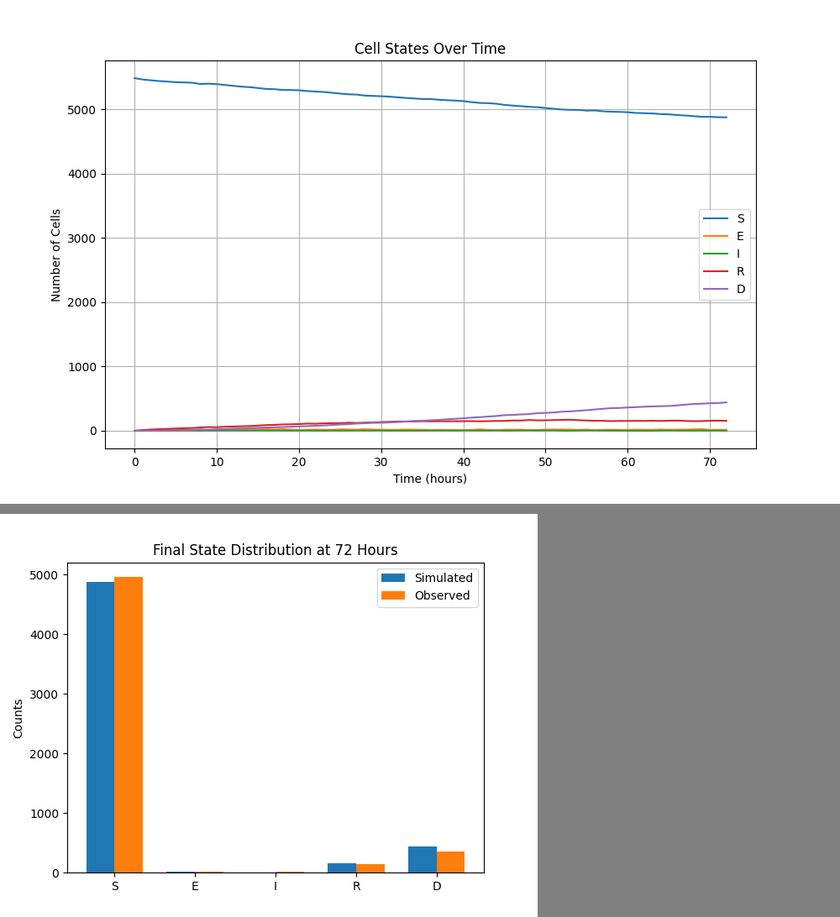
Repository: katherinewxu/iGEM_modeling
Script's output: python fshdmarkov.py
The author's editor kept a copy of each file at every save. The script's output is drawn from the files as they stood at one save, then again after the next save.
The pictures are shown at 84% of full size.
Each picture stacks the figures in order, with grey between them; figures that are only written to a file come last. Random numbers start from a fixed seed.

Above is the script's output before, as saved 2024-08-16 15:54:17.

After the next save:
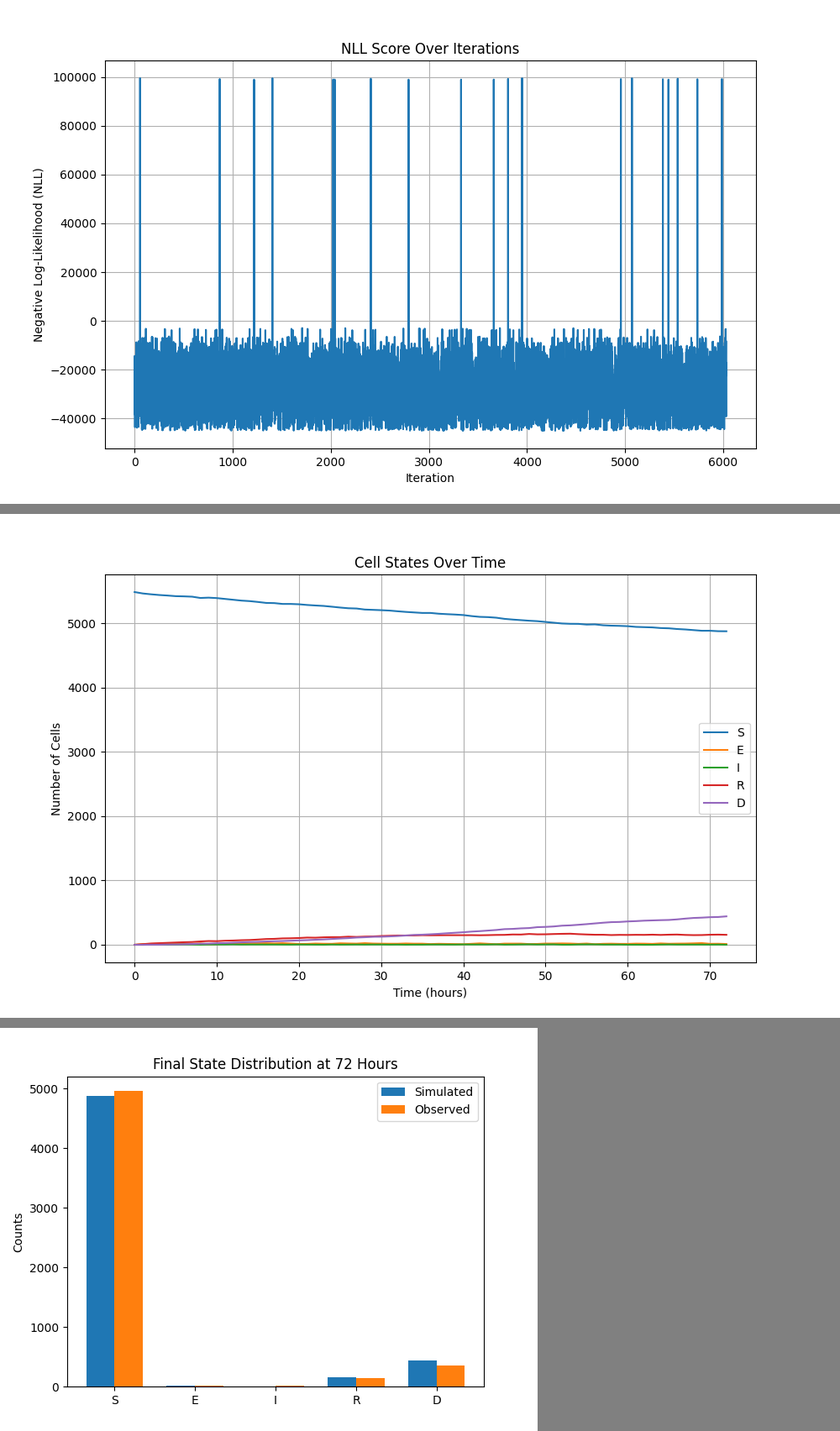
Saved 3 min 14 s later.
--- a/fshdmarkov.py
+++ b/fshdmarkov.py
@@ -61,12 +61,13 @@ def NLL_Score(predicted_distribution, observed_distribution):
         nll -= observed_count * np.log(predicted_count)
     return nll
 
-# Bayesian Optimization
+# Bayesian Optimization with NLL tracking
 def bayesian_optimization(transition_probabilities_func, initial_state_distribution, observed_distribution, iterations=10000):
     best_params = None
     best_score = float('inf')
+    nll_scores = []
 
-    for _ in range(iterations):
+    for i in range(iterations):
         # Sample parameters randomly within some range
         Δ = np.random.uniform(0.001, 0.1)
         Dr = np.random.uniform(0.01, 0.1)
@@ -89,11 +90,25 @@ def bayesian_optimization(transition_probabilities_func, initial_state_distribut
 
         # Calculate NLL score
         score = NLL_Score(final_distribution, observed_distribution)
+        nll_scores.append(score)
+
         if score < best_score:
             best_score = score
             best_params = (Δ, Dr, VD, d0, VT, TD)
 
-    print(f"Best NLL: {best_score}")
+        # Optional: print progress every 1000 iterations
+        if (i + 1) % 1000 == 0:
+            print(f"Iteration {i + 1}/{iterations}, Best NLL: {best_score}")
+
+    # Plot the NLL scores over iterations
+    plt.figure(figsize=(10, 6))
+    plt.plot(range(len(nll_scores)), nll_scores, label='NLL Score')
+    plt.xlabel('Iteration')
+    plt.ylabel('Negative Log-Likelihood (NLL)')
+    plt.title('NLL Score Over Iterations')
+    plt.grid(True)
+    plt.show()
+
     return best_params
 
 # Optimize the transition parameters using Bayesian Optimization
